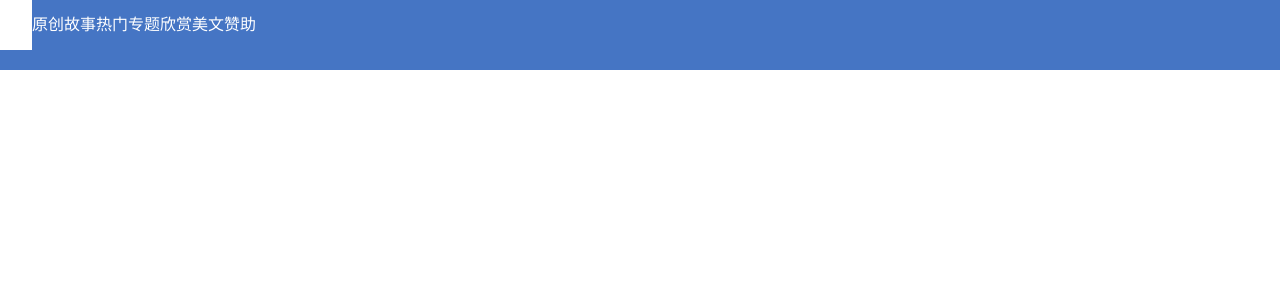
Repository: equation-zheng/Article
Page: http://localhost/Idles/
These files come from the project's save history. The page is drawn as it stood at one moment and after the next save; the edit follows.
The browser window is 1280 px wide. The pictures show the whole page.
The page is served by Tomcat 9. Other server files are loaded and not shown.

Above is the page before, as saved 2017-12-05 08:42:17.

### Service/apache-tomcat-7.0.82/Idles/WebContent/index.jsp
<?xml version="1.0" encoding="UTF-8" ?>
<%@ page language="java" contentType="text/html; charset=UTF-8"
    pageEncoding="UTF-8"%>
<!DOCTYPE html PUBLIC "-//W3C//DTD XHTML 1.0 Transitional//EN" "http://www.w3.org/TR/xhtml1/DTD/xhtml1-transitional.dtd">
<html xmlns="http://www.w3.org/1999/xhtml">
<head>
<meta http-equiv="Content-Type" content="text/html; charset=UTF-8" />
<title>首页</title>
</head>
<style>
	*{
		margin: 0;
		padding: 0;
	}
	.header{
		height: 70px;
		background: #4575C4;
	}
	.header ul li {
		list-style: none;
		float: left;
		color: #fff;
		line-height: 50px;
	}
	.header ul li:hover {
		background: #fff;
	}

</style>
<body>
	<div class="header">
		<ul>
			<li>首页</li>
			<li>原创故事</li>
			<li>热门专题</li>
			<li>欣赏美文</li>
			<li>赞助</li>
		</ul>
	</div>
</body>
</html>

After the next save:
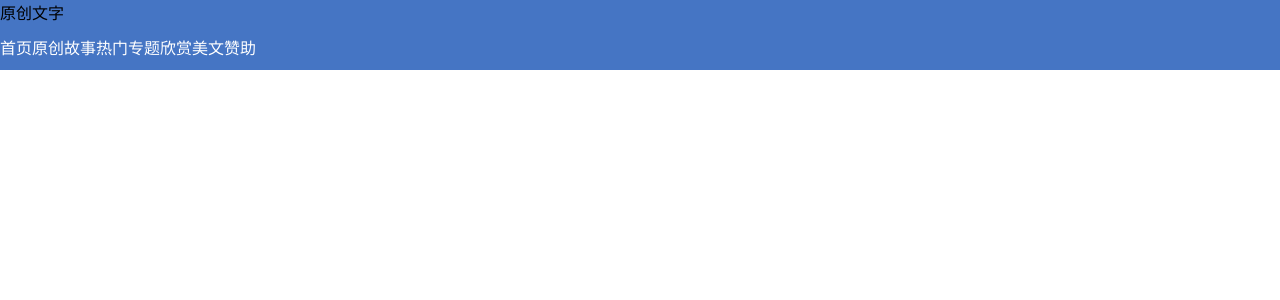
Saved 42 s later.
--- a/Service/apache-tomcat-7.0.82/Idles/WebContent/index.jsp
+++ b/Service/apache-tomcat-7.0.82/Idles/WebContent/index.jsp
@@ -29,6 +29,7 @@
 </style>
 <body>
 	<div class="header">
+	<div class='logo'>原创文字</div>
 		<ul>
 			<li>首页</li>
 			<li>原创故事</li>
